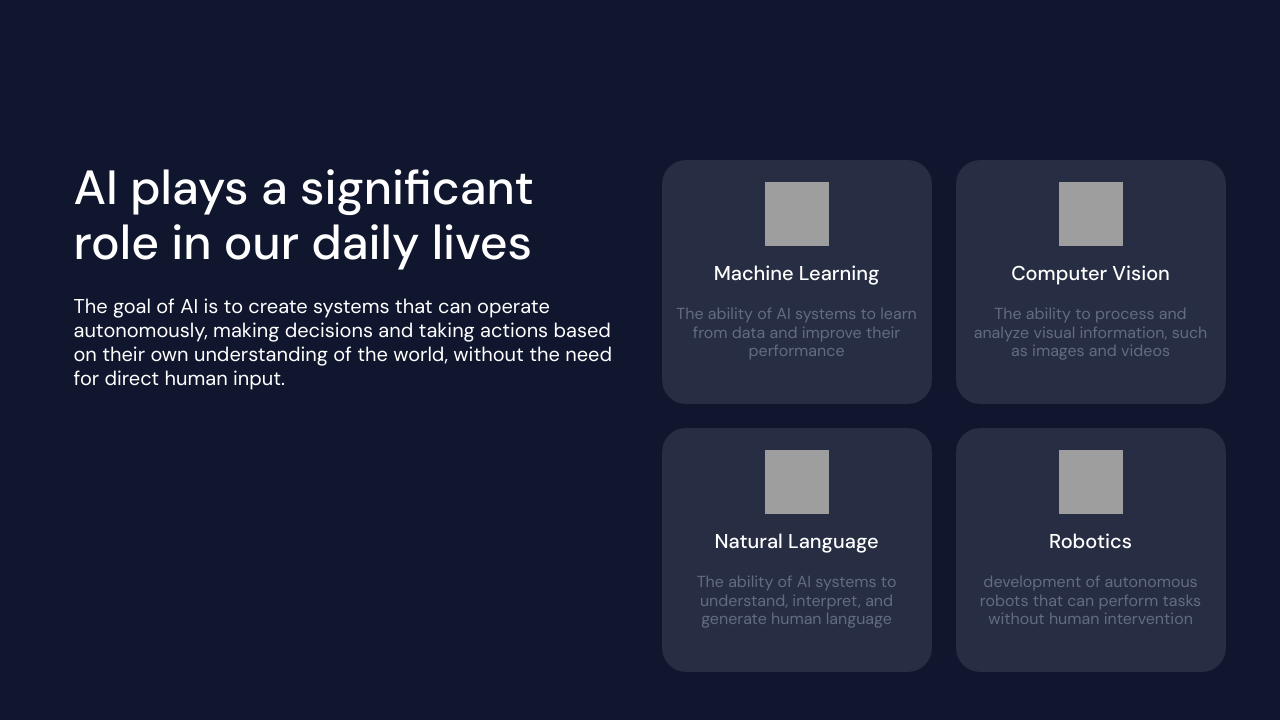
Repository: guli95/four-areas-of-AI-INVO-ACAdemy
Page: /
The author's editor kept a copy of each file at every save. The page is drawn from the files as they stood at one save, then again after the next save.
The browser window is 1280 px wide. The pictures show the whole page.
Pictures or frames that could not be fetched are drawn as grey boxes. The project was rebuilt for these pictures with package versions that can differ from the ones it lists, and the page was loaded fresh each time.

Above is the page before, as saved 2023-03-13 15:44:18.

### index.html
<!DOCTYPE html>
<html lang="en">

<head>
  <meta charset="UTF-8" />
  <link rel="icon" type="image/svg+xml" href="/vite.svg" />
  <meta name="viewport" content="width=device-width, initial-scale=1.0" />
  <title>Four AI areas</title>
</head>

<!-- In order to start your challenge, remove all the content inside <div id="home-page"></div> and start coding :) -->

<body>
  <div id="home-page">
    <div class="flexbox-container">
      <div class="heading-wrapper">
        <h1 class="heading-title">AI plays a significant role in our daily lives</h1>
        <p class="heading-text">The goal of AI is to create systems that can operate autonomously, making decisions and taking actions based on their own understanding of the world, without the need for direct human input.</p>
      </div>
      <div class="card-container">
        <a href="" class="card-link">
        <div class="card">
          <img src="./public/images/card-icon1.png" alt="" class="card-img" role="presentation">
          <h3 class="card-title">Machine Learning</h3>
          <p class="card-text">The ability of AI systems to learn from data and improve their performance</p>
        </div>
        </a>
        <a href="" class="card-link">
        <div class="card">
          <img src="./public/images/card-icon2.png" alt="" class="card-img" role="presentation">
          <h3 class="card-title">Computer Vision</h3>
          <p class="card-text">The ability to process and analyze visual information, such as images and videos</p>
        </div>
        </a>
        <a href="" class="card-link">
        <div class="card">
          <img src="./public/images/card-icon3.png" alt="" class="card-img" role="presentation">
          <h3 class="card-title">Natural Language</h3>
          <p class="card-text">The ability of AI systems to understand, interpret, and generate human language</p>
        </div>
        </a>
        <a href="" class="card-link">
        <div class="card">
          <img src="./public/images/card-icon4.png" alt="" class="card-img" role="presentation">
          <h3 class="card-title">Robotics</h3>
          <p class="card-text">development of autonomous robots that can perform tasks without human intervention</p>
        </div>
        </a>
      </div>
    </div>
  </div>

  <script type="module" src="/src/global-scripts/main.js"></script>
</body>

</html>

### src/global-scripts/main.js
/// Main JavaScript File
/// Here we import all the global JavaScript files we need for our project.

import "../global-styles/style.scss";
import "../../src/pages/home-page/styles/home-page.scss";

### src/global-styles/style.scss
/// Main Styles File
/// Here we import all the global Styles files we need for our project.

@import "styles/normalize.scss";
@import "styles/root.scss";
@import "styles/fonts.scss";

body {
  font-family: 'DS sans', sans-serif;
  color: var(--color-primary);
}

p {
  color: var(--color-on-surface);
}

### src/pages/home-page/styles/home-page.scss
/// Homepage Styles File
/// Here we import all the Styles files we need for our Homepage.
@import '../../../global-styles/styles/_root.scss';

#home-page{
    color: var(--color-white);
    font-family: 'DM Sans',sans-serif;
    height: 100%;

 .flexbox-container{
    max-width: 1440px;
    padding: 0 20px;
    display: flex;
    justify-content: center;
    margin: 160px auto 0 auto;
    gap: 20px;
    @media screen and (max-width:1024px) {
        flex-direction:column;
        align-items: center;
        gap:24px;
    }
    @media screen and (max-width:480px) {
        padding: 48px 16px;
    }
    .heading-wrapper{
        font-family: "DM Sans", sans-serif;
        text-align: left ;
        vertical-align: top;
        max-width: 540px;
        padding-left: 47px;
        @media screen and (max-width:1024px) {
            width: 100%;
            padding: 0 16px;
        }
        .heading-title{
            font-size: var(--text-xl);
            font-weight: 500;
            line-height: 115%;
            letter-spacing: 0.2%;
            margin: 0 0 24px 0;
            @media screen and (max-width:1024px) {
                margin-bottom: 16px;
            }
            @media screen and (max-width:1024px) {
                font-size: var(--text-l);
            }
        }
        .heading-text{
            font-size: var(--text-m);
            line-height: 24px;
            font-weight: 300;

        }
        @media screen and (max-width:480px) {
            font-size: var(--text-s);
        }
    }
    .card-container{
        display: flex;
        justify-content: center;
        flex-wrap: wrap;
        gap: 24px;
        max-width: 620px;
        @media screen and (max-width:1024px) {
            width: 100%;
            gap:16px;
        }
        .card-link{
            display: flex;
            color: var(--color-white);
            text-decoration: none;
            flex-direction: column;
            // justify-content: space-evenly;
            align-items: center;
            max-width: 240px;
            max-width: 250px;
            min-height: 200px;
            padding: 22px 10px;
            background-color:var(--color-secondary-grey);
            text-align: center;
            border-radius: var(--rounding-big);
            transition: .2s;
            &:hover{
                background-color: lighten($color: #272D42, $amount: 10) ;
            }
            @media screen and (max-width:480px) {
                width: 100%;
            }
            .card-img{
                width: 64px;
                height: 64px;
                @media screen and (max-width:1024px) {
                    width: 56px;
                    height: 56px;
                }
            }
            .card-title{
                font-size: var(--text-m);
                font-weight: 500;
                margin-top: 12px;
            }
            .card-text{
                font-size: var(--text-s);
                mix-blend-mode:soft-light;
                @media screen and (max-width:1024px) {
                    font-size: var(--text-xs);
                }
            }
        }

    }
}

}

### src/global-styles/styles/normalize.scss
/*! normalize.css v8.0.1 | MIT License | github.com/necolas/normalize.css */

/* Document
   ========================================================================== */

/**
 * 1. Correct the line height in all browsers.
 * 2. Prevent adjustments of font size after orientation changes in iOS.
 */

html {
  line-height: 1.15; /* 1 */
  -webkit-text-size-adjust: 100%; /* 2 */
  background-color: var(--color-primary-dark-blue);
}

/* Sections
   ========================================================================== */

/**
 * Remove the margin in all browsers.
 */

body {
  margin: 0;
}

/**
 * Render the `main` element consistently in IE.
 */

main {
  display: block;
}

/**
 * Correct the font size and margin on `h1` elements within `section` and
 * `article` contexts in Chrome, Firefox, and Safari.
 */

h1 {
  font-size: 2em;
  margin: 0.67em 0;
}

/* Grouping content
   ========================================================================== */

/**
 * 1. Add the correct box sizing in Firefox.
 * 2. Show the overflow in Edge and IE.
 */

hr {
  box-sizing: content-box; /* 1 */
  height: 0; /* 1 */
  overflow: visible; /* 2 */
}

/**
 * 1. Correct the inheritance and scaling of font size in all browsers.
 * 2. Correct the odd `em` font sizing in all browsers.
 */

pre {
  font-family: monospace, monospace; /* 1 */
  font-size: 1em; /* 2 */
}

/* Text-level semantics
   ========================================================================== */

/**
 * Remove the gray background on active links in IE 10.
 */

a {
  background-color: transparent;
}

/**
 * 1. Remove the bottom border in Chrome 57-
 * 2. Add the correct text decoration in Chrome, Edge, IE, Opera, and Safari.
 */

abbr[title] {
  border-bottom: none; /* 1 */
  text-decoration: underline; /* 2 */
  text-decoration: underline dotted; /* 2 */
}

/**
 * Add the correct font weight in Chrome, Edge, and Safari.
 */

b,
strong {
  font-weight: bolder;
}

/**
 * 1. Correct the inheritance and scaling of font size in all browsers.
 * 2. Correct the odd `em` font sizing in all browsers.
 */

code,
kbd,
samp {
  font-family: monospace, monospace; /* 1 */
  font-size: 1em; /* 2 */
}

/**
 * Add the correct font size in all browsers.
 */

small {
  font-size: 80%;
}

/**
 * Prevent `sub` and `sup` elements from affecting the line height in
 * all browsers.
 */

sub,
sup {
  font-size: 75%;
  line-height: 0;
  position: relative;
  vertical-align: baseline;
}

sub {
  bottom: -0.25em;
}

sup {
  top: -0.5em;
}

/* Embedded content
   ========================================================================== */

/**
 * Remove the border on images inside links in IE 10.
 */

img {
  border-style: none;
}

/* Forms
   ========================================================================== */

/**
 * 1. Change the font styles in all browsers.
 * 2. Remove the margin in Firefox and Safari.
 */

button,
input,
optgroup,
select,
textarea {
  font-family: inherit; /* 1 */
  font-size: 100%; /* 1 */
  line-height: 1.15; /* 1 */
  margin: 0; /* 2 */
}

/**
 * Show the overflow in IE.
 * 1. Show the overflow in Edge.
 */

button,
input { /* 1 */
  overflow: visible;
}

/**
 * Remove the inheritance of text transform in Edge, Firefox, and IE.
 * 1. Remove the inheritance of text transform in Firefox.
 */

button,
select { /* 1 */
  text-transform: none;
}

/**
 * Correct the inability to style clickable types in iOS and Safari.
 */

button,
[type="button"],
[type="reset"],
[type="submit"] {
  -webkit-appearance: button;
}

/**
 * Remove the inner border and padding in Firefox.
 */

button::-moz-focus-inner,
[type="button"]::-moz-focus-inner,
[type="reset"]::-moz-focus-inner,
[type="submit"]::-moz-focus-inner {
  border-style: none;
  padding: 0;
}

/**
 * Restore the focus styles unset by the previous rule.
 */

button:-moz-focusring,
[type="button"]:-moz-focusring,
[type="reset"]:-moz-focusring,
[type="submit"]:-moz-focusring {
  outline: 1px dotted ButtonText;
}

/**
 * Correct the padding in Firefox.
 */

fieldset {
  padding: 0.35em 0.75em 0.625em;
}

/**
 * 1. Correct the text wrapping in Edge and IE.
 * 2. Correct the color inheritance from `fieldset` elements in IE.
 * 3. Remove the padding so developers are not caught out when they zero out
 *    `fieldset` elements in all browsers.
 */

legend {
  box-sizing: border-box; /* 1 */
  color: inherit; /* 2 */
  display: table; /* 1 */
  max-width: 100%; /* 1 */
  padding: 0; /* 3 */
  white-space: normal; /* 1 */
}

/**
 * Add the correct vertical alignment in Chrome, Firefox, and Opera.
 */

progress {
  vertical-align: baseline;
}

/**
 * Remove the default vertical scrollbar in IE 10+.
 */

textarea {
  overflow: auto;
}

/**
 * 1. Add the correct box sizing in IE 10.
 * 2. Remove the padding in IE 10.
 */

[type="checkbox"],
[type="radio"] {
  box-sizing: border-box; /* 1 */
  padding: 0; /* 2 */
}

/**
 * Correct the cursor style of increment and decrement buttons in Chrome.
 */

[type="number"]::-webkit-inner-spin-button,
[type="number"]::-webkit-outer-spin-button {
  height: auto;
}

/**
 * 1. Correct the odd appearance in Chrome and Safari.
 * 2. Correct the outline style in Safari.
 */

[type="search"] {
  -webkit-appearance: textfield; /* 1 */
  outline-offset: -2px; /* 2 */
}

/**
 * Remove the inner padding in Chrome and Safari on macOS.
 */

[type="search"]::-webkit-search-decoration {
  -webkit-appearance: none;
}

/**
 * 1. Correct the inability to style clickable types in iOS and Safari.
 * 2. Change font properties to `inherit` in Safari.
 */

::-webkit-file-upload-button {
  -webkit-appearance: button; /* 1 */
  font: inherit; /* 2 */
}

/* Interactive
   ========================================================================== */

/*
 * Add the correct display in Edge, IE 10+, and Firefox.
 */

details {
  display: block;
}

/*
 * Add the correct display in all browsers.
 */

summary {
  display: list-item;
}

/* Misc
   ========================================================================== */

/**
 * Add the correct display in IE 10+.
 */

template {
  display: none;
}

/**
 * Add the correct display in IE 10.
 */

[hidden] {
  display: none;
}

### src/global-styles/styles/root.scss
/// Root Styles file
/// Here we define all the root variables we need for our project.
/// For examples see Material Design color system: https://m2.material.io/design/color/the-color-system.html

:root {
    $--color-primary-dark-blue: #0F162D !global;
    --color-primary-pink: #CA59FF;
    --color-primary-purple: #6C7CFF;
    --color-primary-green: #2AFFFF;
    --color-primary-yellow: #FFF629;
    --color-white: #FFFFFF;
    --color-black: #000;
    --color-secondary-grey:#272D42;

}

### src/global-styles/styles/fonts.scss
/// Main Fonts File
/// Here we import all the fonts files we need for our project.

@import url('https://fonts.googleapis.com/css2?family=Roboto:ital,wght@0,100;0,300;0,400;0,500;0,700;0,900;1,100;1,300;1,400;1,500;1,700;1,900&display=swap');
@import url('https://fonts.googleapis.com/css2?family=DM+Sans:wght@400;500&display=swap');

### src/global-styles/styles/_root.scss
/// Root Styles file
/// Here we define all the root variables we need for our project.
/// For examples see Material Design color system: https://m2.material.io/design/color/the-color-system.html

:root {
    //colors
    --color-primary-dark-blue: #0F162D ;
    --color-primary-pink: #CA59FF;
    --color-primary-purple: #6C7CFF;
    --color-primary-green: #2AFFFF;
    --color-primary-yellow: #FFF629;
    --color-white: #FFFFFF;
    --color-black: #000;
    --color-secondary-grey:#272D42;

    //font-size
    --text-xl:48px;
    --text-l:32px;
    --text-m:20px;
    --text-s:16px;
    --text-xs:14px;

    //rounding
    --rounding-big:24px;
    --rounding-small:16px;
}

After the next save:
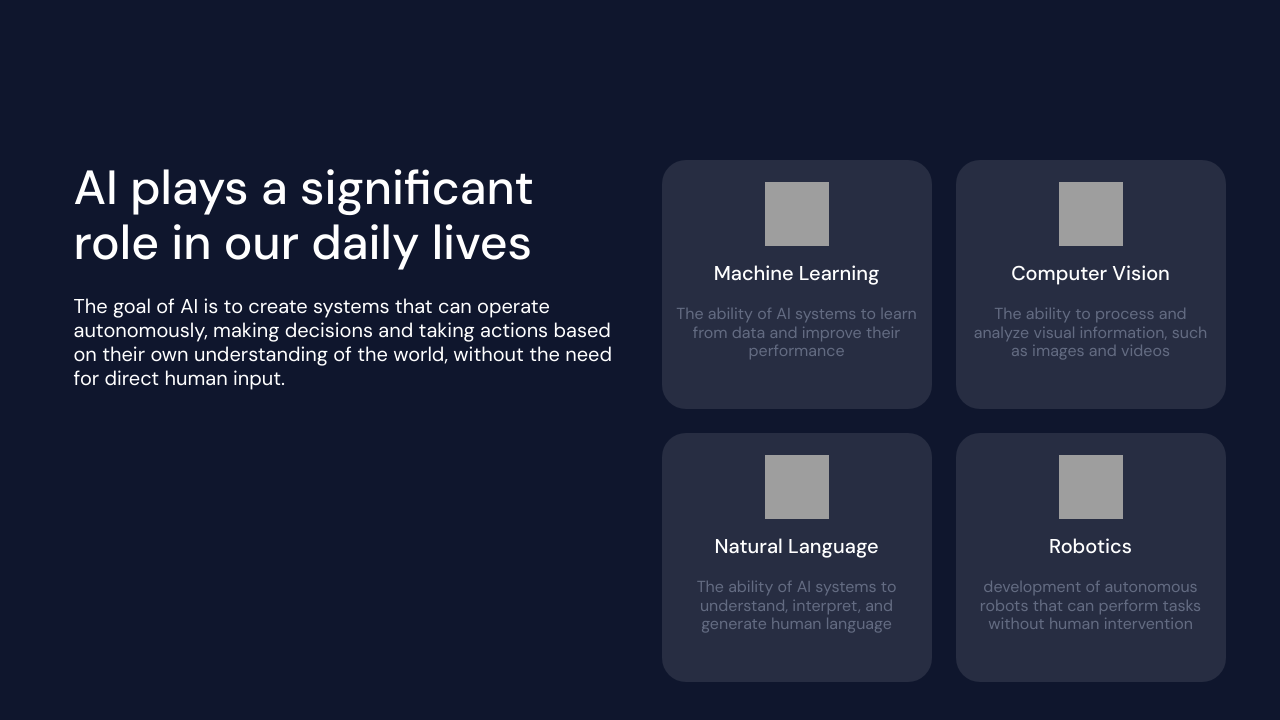
Saved 4 s later.
--- a/src/pages/home-page/styles/home-page.scss
+++ b/src/pages/home-page/styles/home-page.scss
@@ -74,7 +74,7 @@
             align-items: center;
             max-width: 240px;
             max-width: 250px;
-            min-height: 200px;
+            min-height: 205px;
             padding: 22px 10px;
             background-color:var(--color-secondary-grey);
             text-align: center;
